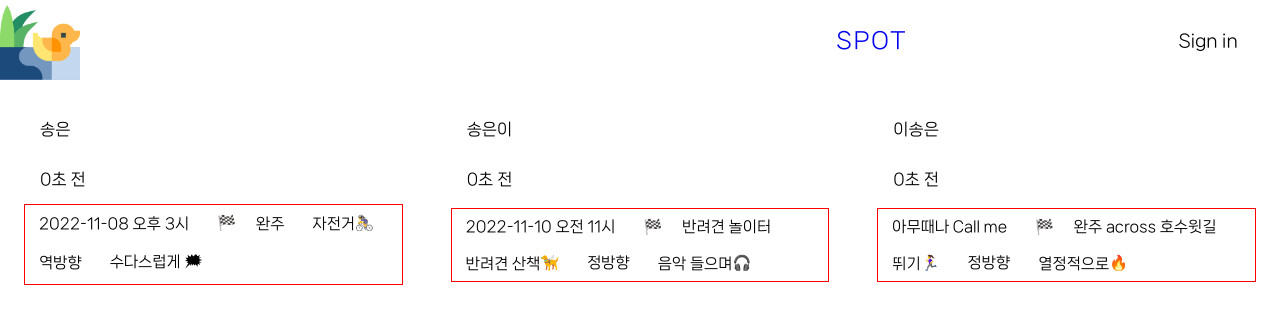
Repository: songeunleee/youngrangho
Page: /
An editor plug-in stored every save of this project. The page is shown before and after the next save, followed by the edit.
The browser window is 1280 px wide. The pictures show the whole page.
Some web libraries are served in a nearby version. The project was rebuilt for these pictures with package versions that can differ from the ones it lists, and the page was loaded fresh each time. Some packages were replaced by stand-ins written for this rebuild. Also part of the build but not shown: src/app.module.css, src/components/activity/activity.module.css, src/components/footer/footer.module.css, src/components/footer/footer.jsx, src/components/home/home.module.css, src/components/home/home.jsx, src/components/add_spot/add_spot.module.css, src/components/add_spot/add_spot.jsx and 6 more.

Above is the page before, as saved 2022-11-08 18:46:57.

After the next save:
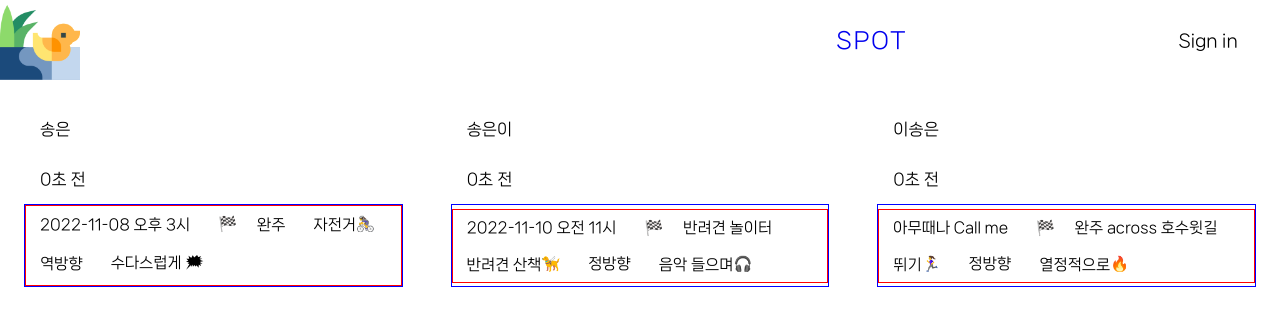
Saved 12 min 58 s later.
--- a/src/components/activity_item/activity_item.module.css
+++ b/src/components/activity_item/activity_item.module.css
@@ -30,6 +30,7 @@
   display: flex;
   flex: 1;
   align-items: center;
+  border: 1px blue solid;
   justify-content: center;
 }
 .content {
